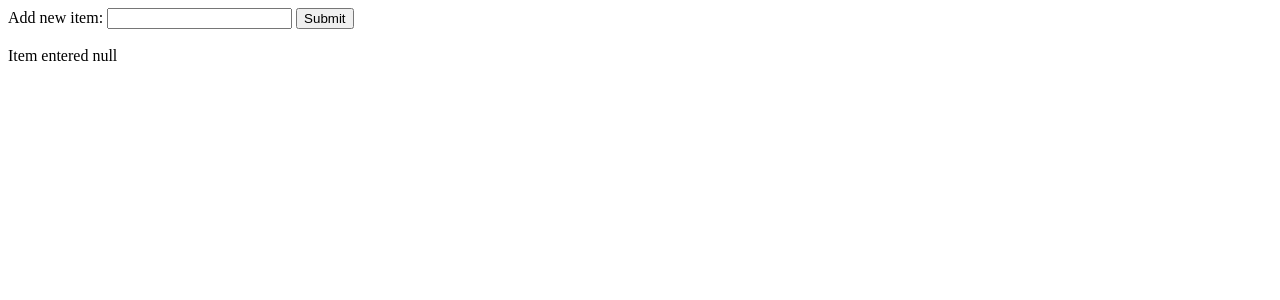
Repository: AshrafPatel/JavaEE
Page: http://localhost/JavaEEWeb/todo.jsp
The author's editor kept a copy of each file at every save. The page is drawn from the files as they stood at one save, then again after the next save.
The browser window is 1280 px wide. The pictures show the whole page.
The page is served by Tomcat 9.

Above is the page before, as saved 2021-11-12 19:40:28.

After the next save:
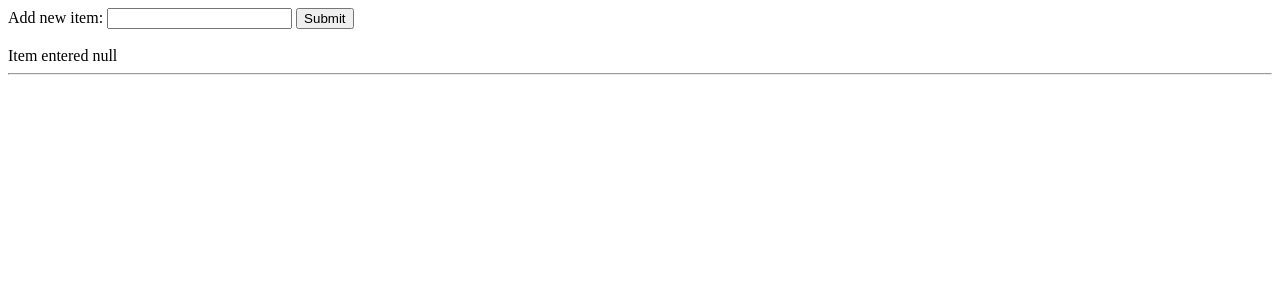
Saved 52 s later.
--- a/JavaEEWeb/src/main/webapp/todo.jsp
+++ b/JavaEEWeb/src/main/webapp/todo.jsp
@@ -29,6 +29,8 @@
 			items.add(theItem);
 		}
 	%>
+	<hr/>
+
 
 </body>
 </html>
